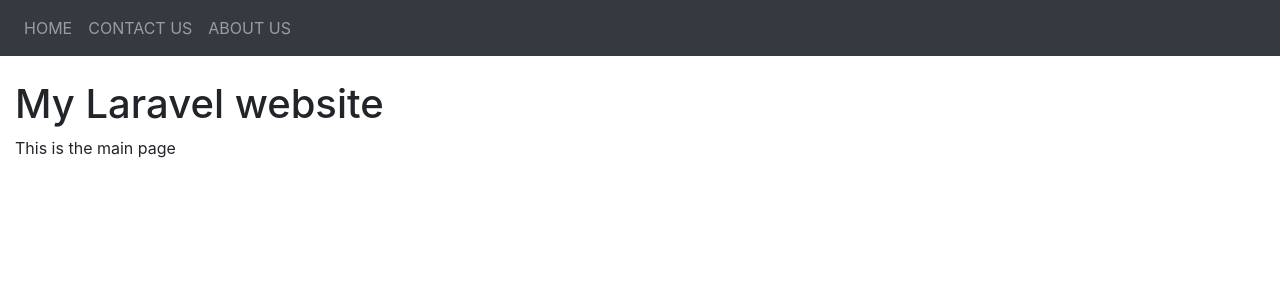
Repository: ROCKY-SAM/laravel5.7
Page: http://localhost/
These files come from the project's save history. The page is drawn as it stood at one moment and after a run of saves; the edit follows.
The browser window is 1280 px wide. The pictures show the whole page.
The page is served by the project's Laravel application, run on PHP 8.4 with Laravel 8. Queries for data that is not in the repository find no rows.

Above is the page before, as saved 2018-11-11 13:40:01.

After the next 2 saves:
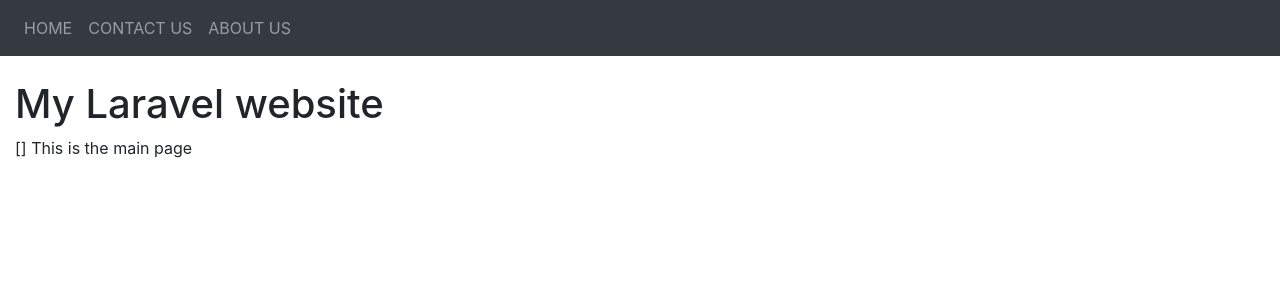
The 2 saves are shown as one change because they came seconds apart.
The last was saved 21 s later.
--- a/resources/views/welcome.blade.php
+++ b/resources/views/welcome.blade.php
@@ -7,6 +7,6 @@
 
 @section('content')
     <h1>My {{ $foo }} website</h1>
-
+{{ $project }}
  This is the main page
 @endsection
